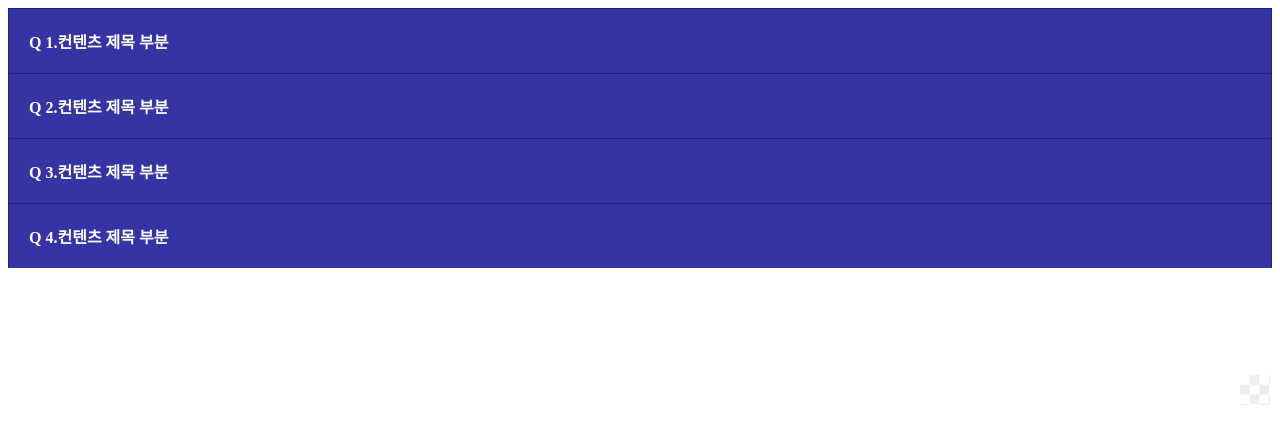
Repository: Heo-sh/GroupProject
Page: http://localhost/Spring_project_2/WEB-INF/views/faq.jsp
The author's editor kept a copy of each file at every save. The page is drawn from the files as they stood at one save, then again after the next save.
The browser window is 1280 px wide. The pictures show the whole page.
The page is served by Tomcat 9. Nobody is signed in. Other server files are loaded and not shown. The template is opened directly, without the code that normally fills it, so the values that code supplies are empty.

Above is the page before, as saved 2023-05-31 05:27:46.

### work_로그인_회원페이지/Spring_project_2/src/main/webapp/WEB-INF/views/faq.jsp
<%@ page language="java" contentType="text/html; charset=UTF-8"
    pageEncoding="UTF-8"%>
<!DOCTYPE html>
<html>
	<head>
		<meta charset="UTF-8">
		<title>faq</title>
		<style type="text/css">
			input[id*="answer"] {
				display:none;
			}

			input[id*="answer"] + label {
				display: block;
				padding: 20px;
				border: 1px solid #232188;
				border-bottom: 0;
				color:#fff;
				font-weight: 900;
				background: #3634a5;
				cursor: pointer;
			}

			input[id*="answer"] + label em {
				position: absolute;
				top:50%;
				right:10px;
				width: 30px;
				height: 30px;
				margin-top: 15px;
				display: inline-block;
				background: url('./resources/img/arrow.png') 0 0 no-repeat;
			}

			input[id*="answer"] + label + div {

				max-height: 0;
				transition: all .35s;
				overflow: hidden;
				background: #ebf8ff;
				font-size: 11px;
			}

			input[id*="answer"] + label + div p {
				display: inline-block;
				padding: 20px;
			}

			input[id*="answer"]:checked + label + div {max-height: 100px;}

			input[id*="answer"]:checked + label em {background-position: 0 -30px;}
		</style>
	</head>
	<body>
		<div class= "accordion">
			<input type ="checkbox" id="answer01">
			<label for="answer01">Q 1.컨텐츠 제목 부분<em></em></label>
			<div><p>자주묻는 질문의 답변이 여기에 들어갑니다
					이곳에서 자연스럽게 나오는 효과를 볼 수 있습니다</p></div>
			<input type ="checkbox" id="answer02">
			<label for="answer02">Q 2.컨텐츠 제목 부분<em></em></label>
			<div><p>자주묻는 질문의 답변이 여기에 들어갑니다
					이곳에서 자연스럽게 나오는 효과를 볼 수 있습니다</p></div>
			<input type ="checkbox" id="answer03">
			<label for="answer03">Q 3.컨텐츠 제목 부분<em></em></label>
			<div><p>자주묻는 질문의 답변이 여기에 들어갑니다
					이곳에서 자연스럽게 나오는 효과를 볼 수 있습니다</p></div>
			<input type ="checkbox" id="answer04">
			<label for="answer04">Q 4.컨텐츠 제목 부분<em></em></label>
			<div><p>자주묻는 질문의 답변이 여기에 들어갑니다
					이곳에서 자연스럽게 나오는 효과를 볼 수 있습니다</p></div>
		</div>
	</body>
</html>

After the next save:
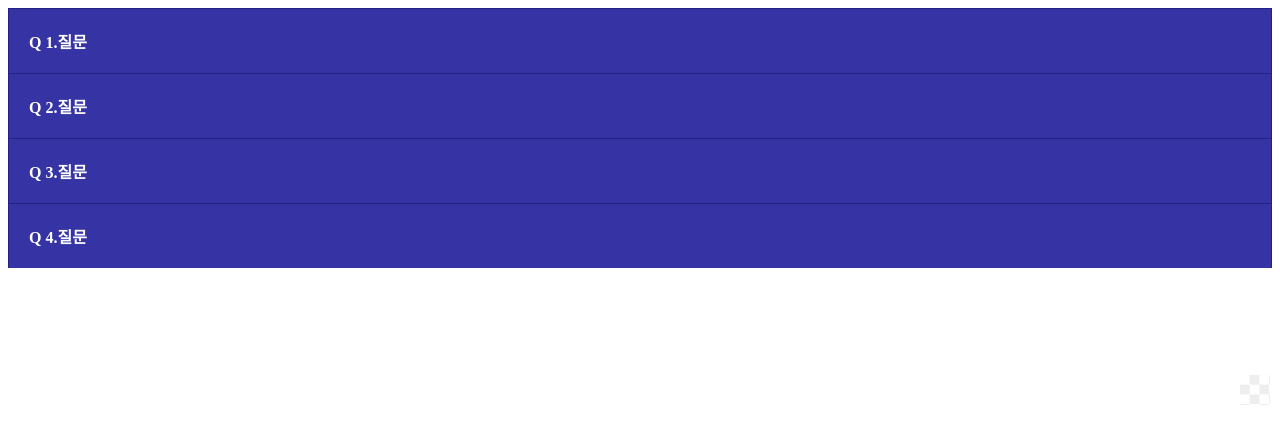
Saved 65 s later.
--- a/work_로그인_회원페이지/Spring_project_2/src/main/webapp/WEB-INF/views/faq.jsp
+++ b/work_로그인_회원페이지/Spring_project_2/src/main/webapp/WEB-INF/views/faq.jsp
@@ -54,19 +54,19 @@
 	<body>
 		<div class= "accordion">
 			<input type ="checkbox" id="answer01">
-			<label for="answer01">Q 1.컨텐츠 제목 부분<em></em></label>
+			<label for="answer01">Q  1.질문<em></em></label>
 			<div><p>자주묻는 질문의 답변이 여기에 들어갑니다
 					이곳에서 자연스럽게 나오는 효과를 볼 수 있습니다</p></div>
 			<input type ="checkbox" id="answer02">
-			<label for="answer02">Q 2.컨텐츠 제목 부분<em></em></label>
+			<label for="answer02">Q  2.질문<em></em></label>
 			<div><p>자주묻는 질문의 답변이 여기에 들어갑니다
 					이곳에서 자연스럽게 나오는 효과를 볼 수 있습니다</p></div>
 			<input type ="checkbox" id="answer03">
-			<label for="answer03">Q 3.컨텐츠 제목 부분<em></em></label>
+			<label for="answer03">Q  3.질문<em></em></label>
 			<div><p>자주묻는 질문의 답변이 여기에 들어갑니다
 					이곳에서 자연스럽게 나오는 효과를 볼 수 있습니다</p></div>
 			<input type ="checkbox" id="answer04">
-			<label for="answer04">Q 4.컨텐츠 제목 부분<em></em></label>
+			<label for="answer04">Q  4.질문<em></em></label>
 			<div><p>자주묻는 질문의 답변이 여기에 들어갑니다
 					이곳에서 자연스럽게 나오는 효과를 볼 수 있습니다</p></div>
 		</div>
